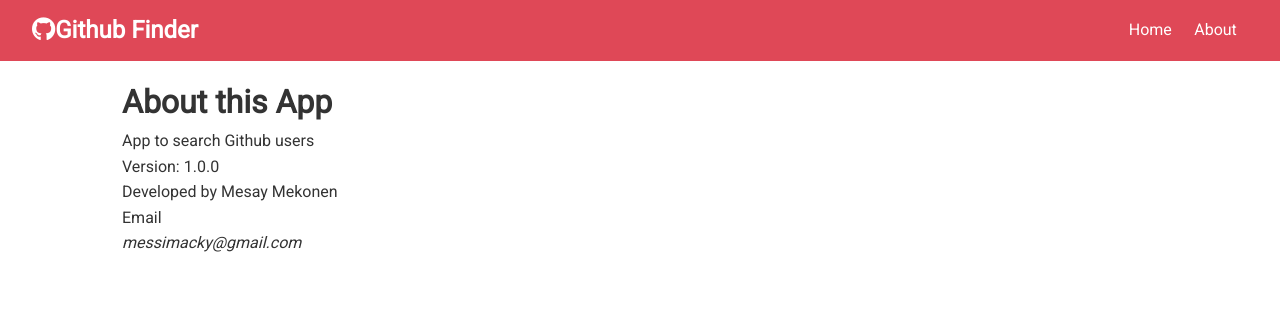
Repository: messimacky/github-finder
Page: /about
The author's editor kept a copy of each file at every save. The page is drawn from the files as they stood at one save, then again after the next save.
The browser window is 1280 px wide. The pictures show the whole page.
Some web libraries are served in a nearby version. The project was rebuilt for these pictures with package versions that can differ from the ones it lists, and the page was loaded fresh each time. Also part of the build but not shown: src/users/UserItem.js, src/components/layout/Spinner.js, src/users/Users.js, src/users/User.js, src/users/Search.js, src/components/layout/Alert.js.

Above is the page before, as saved 2022-02-27 15:07:29.

After the next save:
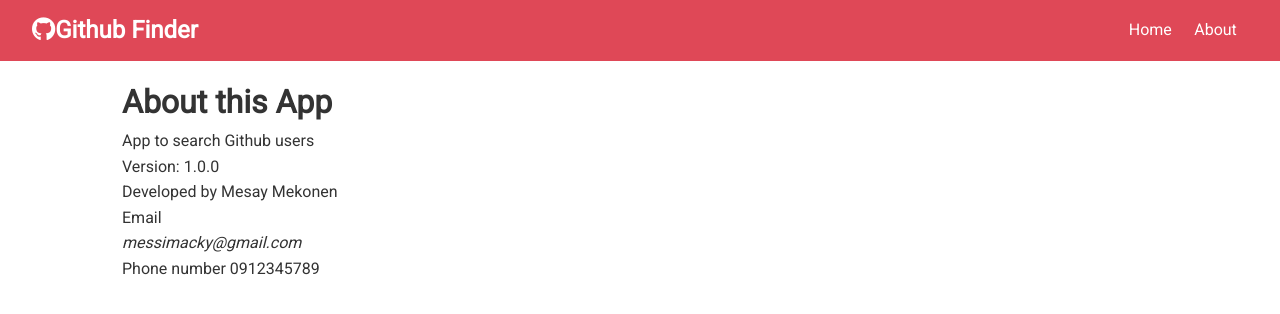
Saved 48 s later.
--- a/src/components/pages/About.js
+++ b/src/components/pages/About.js
@@ -8,6 +8,7 @@ const About = () => {
             <p>Version: 1.0.0</p>
             <p>Developed by Mesay Mekonen</p>
             <p>Email <address> messimacky@gmail.com</address></p>
+            <p>Phone number 0912345789</p>
         </Fragment>
     );
 };
